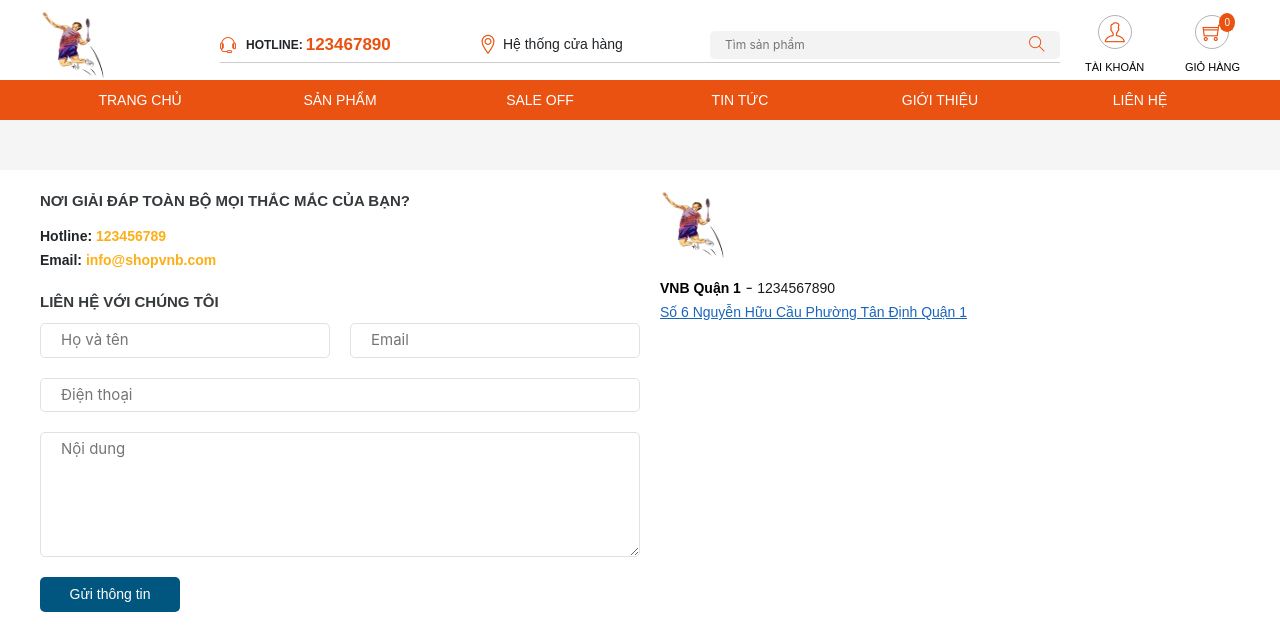
Repository: Namtran3107/CauLongSo1
Page: contact.html
These files come from the project's save history. The page is drawn as it stood at one moment and after the next save; the edit follows.
The browser window is 1280 px wide. The pictures show the part of the page from y = 0 to 632 px (the page is 1386 px tall).
The pointer rests on the first visible `.contact-location-where`.
Pictures or frames that could not be fetched are drawn as grey boxes.

Above is the page before, as saved 2022-12-11 13:50:19.

After the next save:
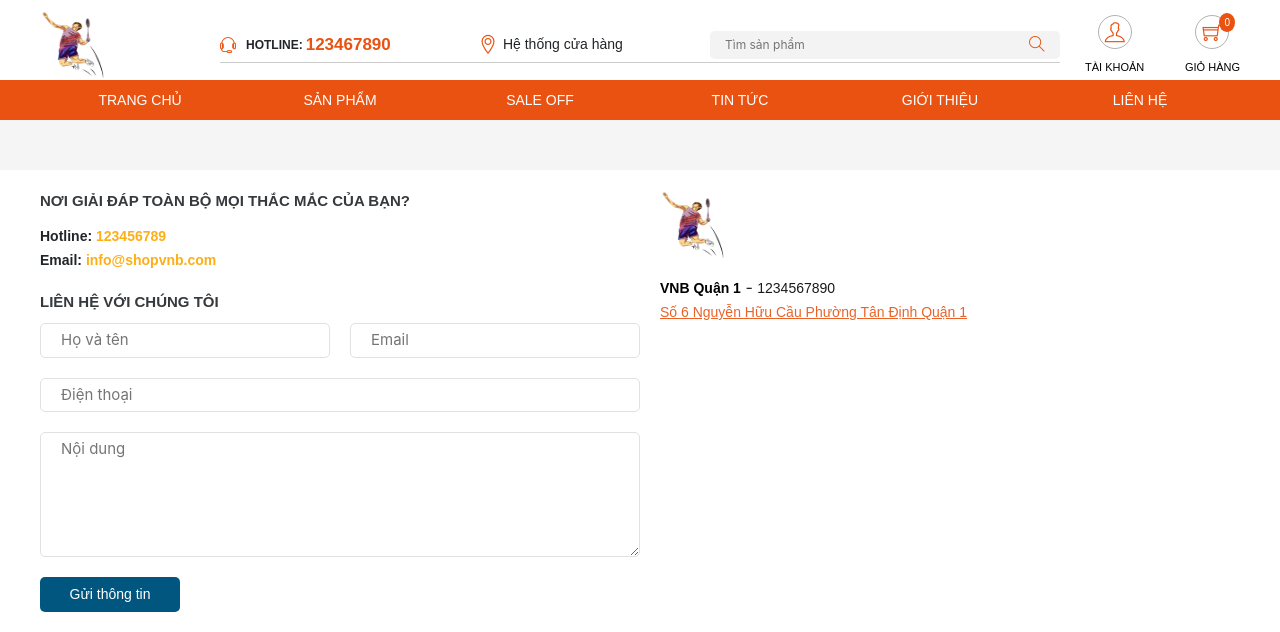
Saved 5 s later.
--- a/contact.css
+++ b/contact.css
@@ -82,7 +82,7 @@
     color: black;
 }
 .contact-location-where:hover{
-    color: var();
+    color: var(--color-website);
 }
 .contact-location-number, .contact-location-where{
     font-size: 14px;
